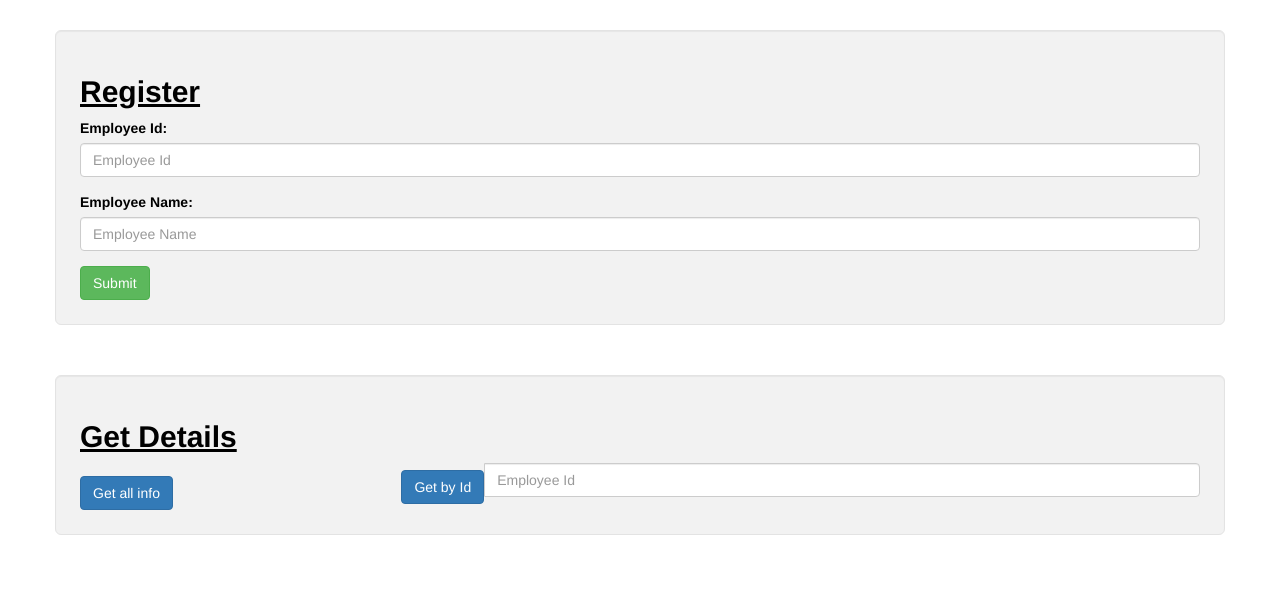
Repository: royakash07/FirstWebApplication
Page: http://localhost/SampleWebApplication/EmployeeProtal.jsp
The author's editor kept a copy of each file at every save. The page is drawn from the files as they stood at one save, then again after the next save.
The browser window is 1280 px wide. The pictures show the whole page.
Some web libraries are served in a nearby version. The page is served by Tomcat 9. Nobody is signed in. The application's start-up code is not run.

Above is the page before, as saved 2017-11-30 05:24:24.

After the next save:
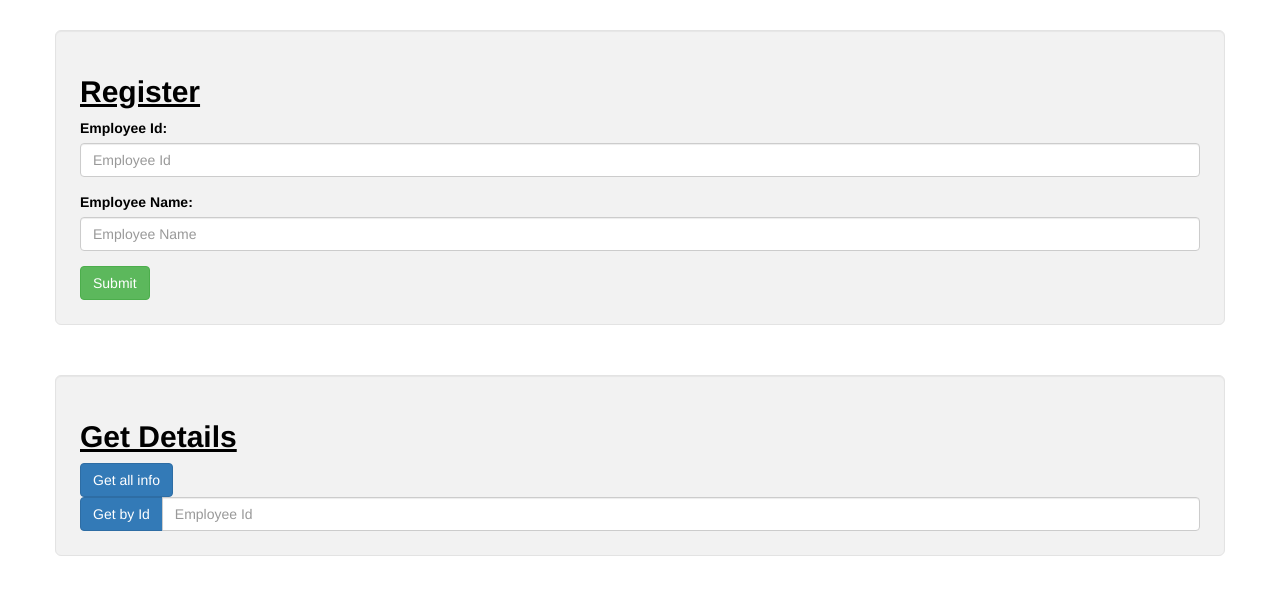
Saved 41 s later.
--- a/SampleWebApplication/WebContent/EmployeeProtal.jsp
+++ b/SampleWebApplication/WebContent/EmployeeProtal.jsp
@@ -38,9 +38,8 @@ background-color:#F2F2F2;
 </div>
 <div class="container well well-lg">
 <h2><strong><u>Get Details</u></strong></h2>
-
+<button type="button" class="btn btn-primary" value="getAllDetails">Get all info</button>
 <div class="input-group form-inline">
-<button type="button" class="btn btn-primary" value="getAllDetails">Get all info</button>
 <span class="input-group-btn">
 	<button type="button" class="btn btn-primary" value="getDetailsById">Get by Id</button>
 	</span>
